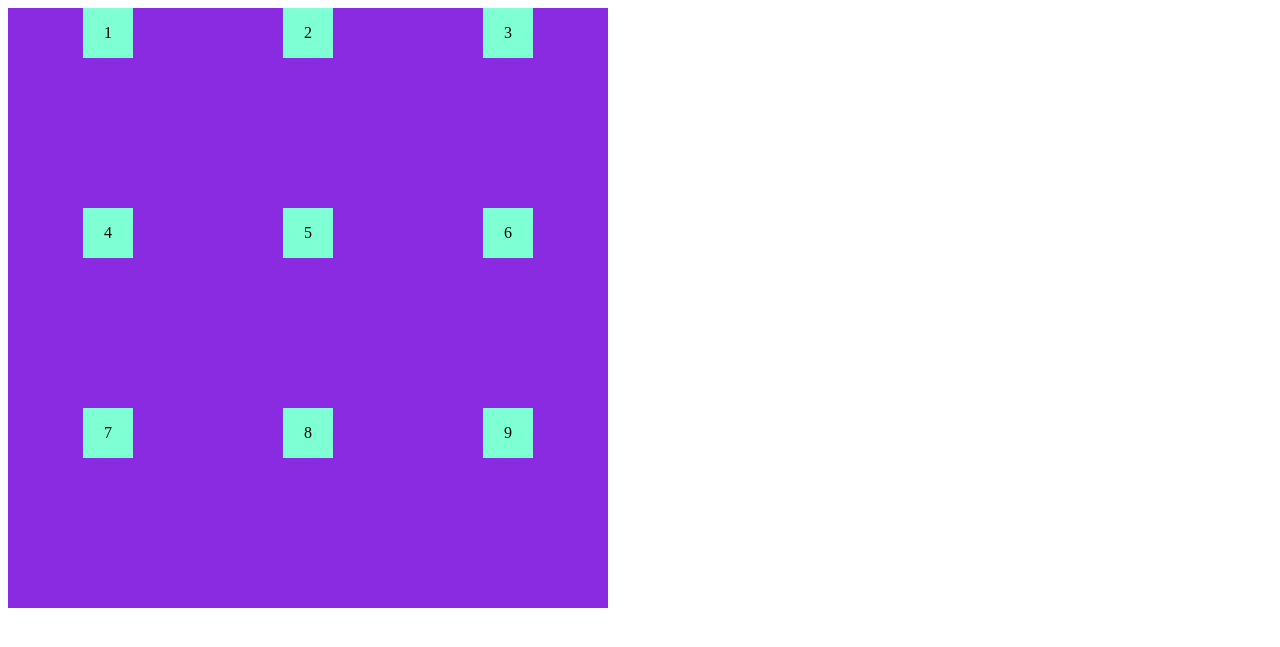
Repository: pwy114pwy/project_01
Page: 03.html
An editor plug-in stored every save of this project. The page is shown before and after a run of saves, followed by the edit.
The browser window is 1280 px wide. The pictures show the whole page.

Above is the page before, as saved 2022-12-23 14:09:03.

After the next 5 saves:
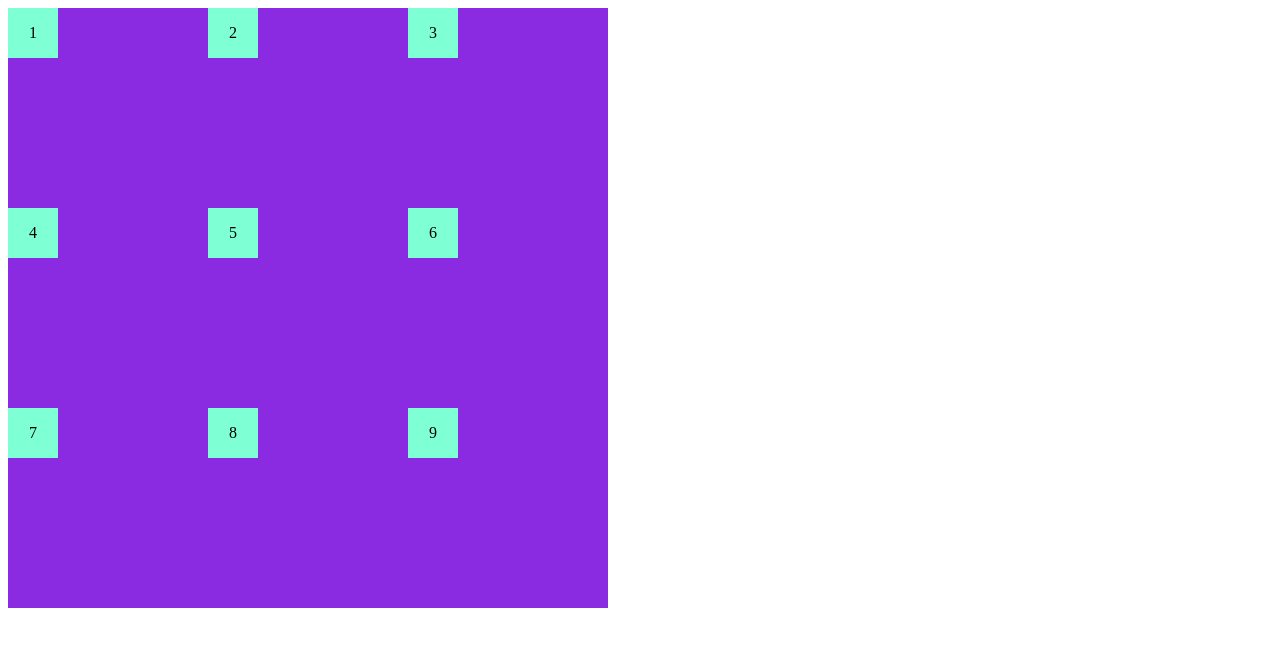
The 5 saves are shown as one change because they came seconds apart.
The last was saved 8 s later.
--- a/03.html
+++ b/03.html
@@ -13,7 +13,7 @@
             display: grid;
             grid-template-columns: repeat(3,200px);
             grid-template-rows: repeat(3,200px);
-            justify-items: center;
+            justify-items:s
         }
         .main div{
             width: 50px;
